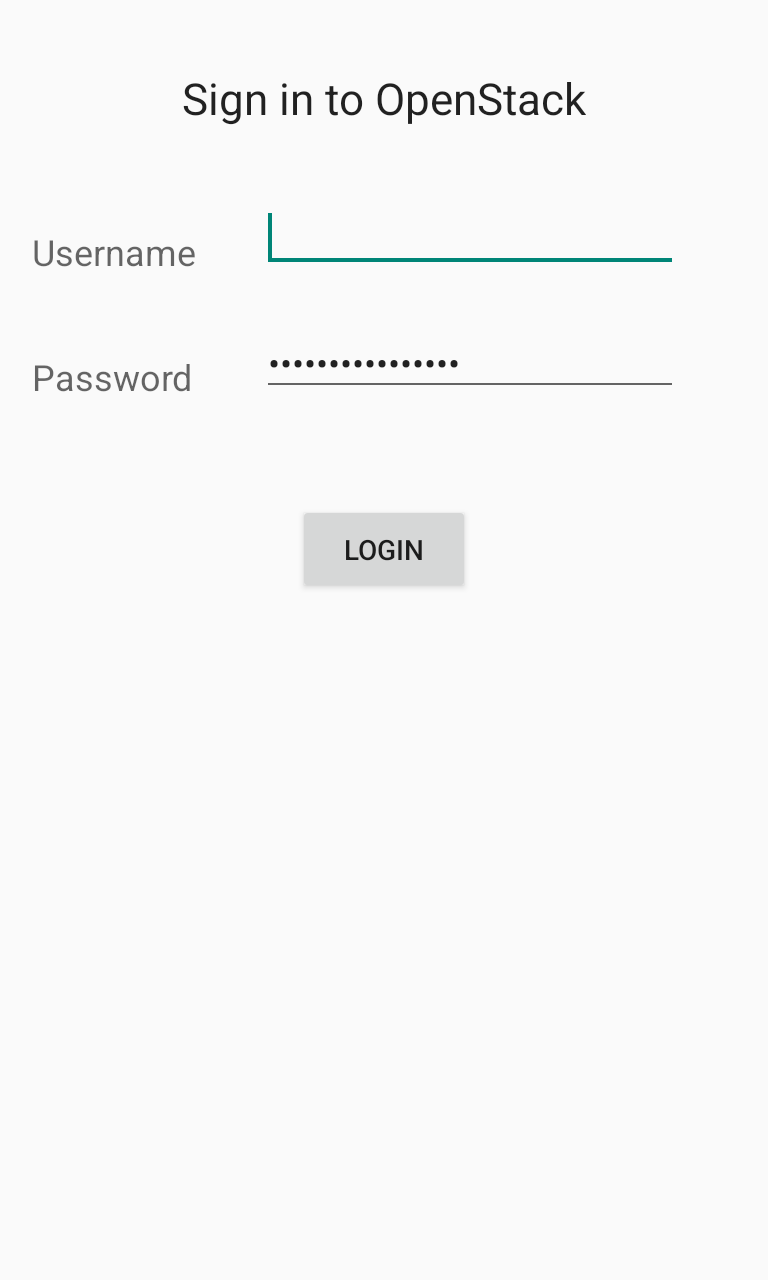
Repository: browndrf/cmpe283
Layout: myopenstack/res/layout/login_activity.xml
These files come from the project's save history. The layout is drawn as it stood at one moment and after the next save; the edit follows.
It is drawn on a 768 x 1280 px phone screen (xhdpi) without system bars, with theme AppTheme; the app's code is not run.

Above is the layout before, as saved 2014-09-13 17:07:20.

After the next save:
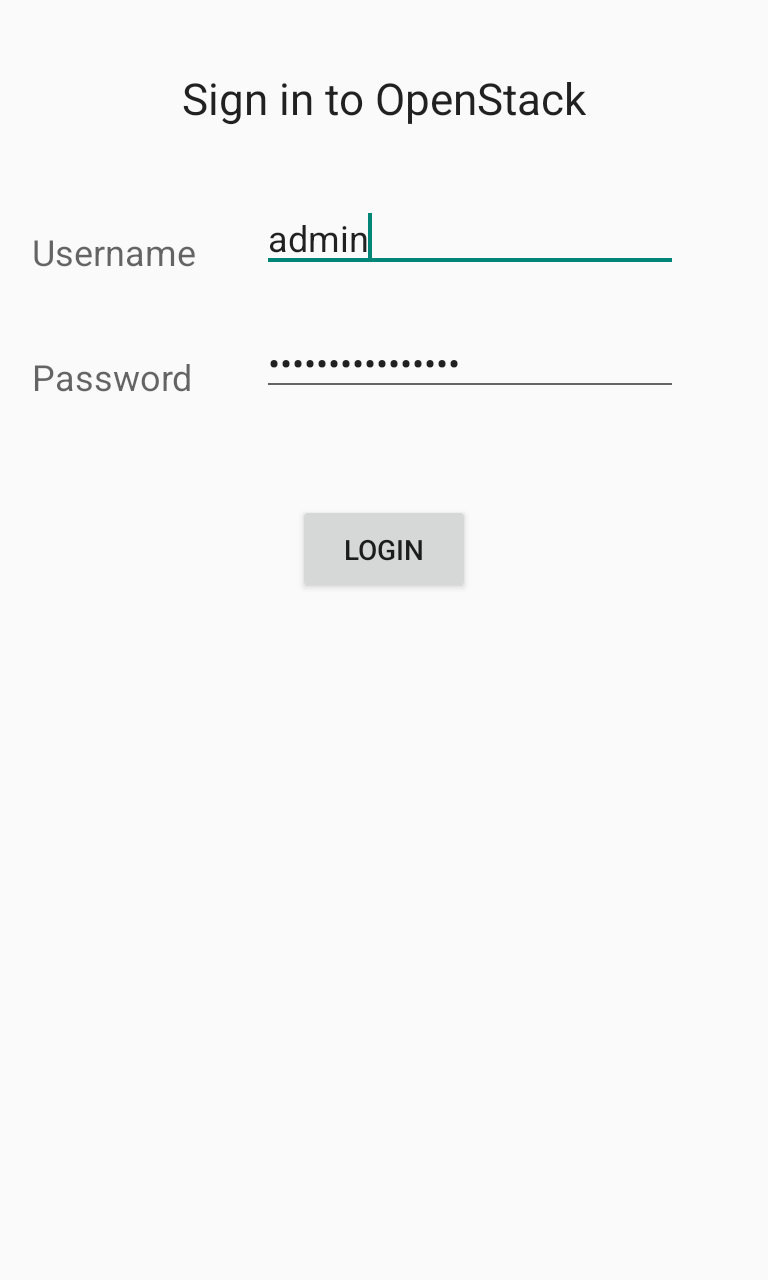
Saved 66 s later.
--- a/myopenstack/res/layout/login_activity.xml
+++ b/myopenstack/res/layout/login_activity.xml
@@ -35,6 +35,7 @@
       android:layout_alignBottom="@+id/textView2"
       android:layout_marginLeft="32dp"
       android:layout_toRightOf="@+id/textView2"
+      android:text="admin"
       android:ems="10" >
 
       <requestFocus />
